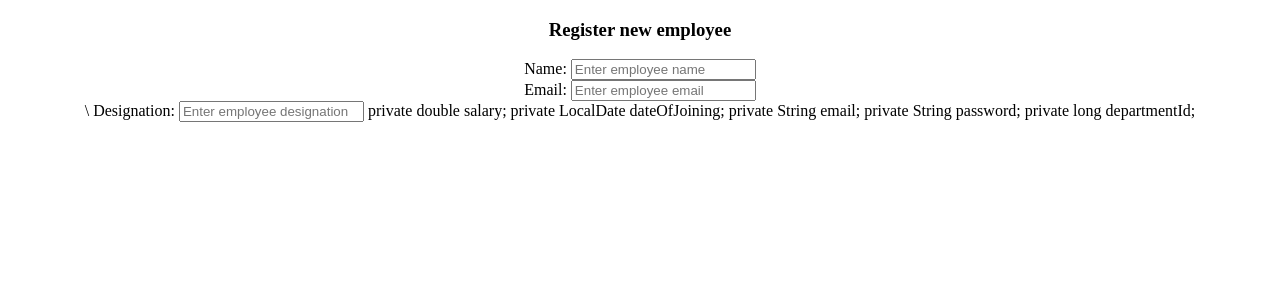
Repository: ArmanAli-cmd/EmployeeProjectDepartmentApplication
Page: http://localhost/EmployeeProjectDepartmentMVCApplication/views/employee-signup.jsp
These files come from the project's save history. The page is drawn as it stood at one moment and after the next save; the edit follows.
The browser window is 1280 px wide. The pictures show the whole page.
The page is served by Tomcat 9.

Above is the page before, as saved 2024-01-17 10:22:57.

After the next save:
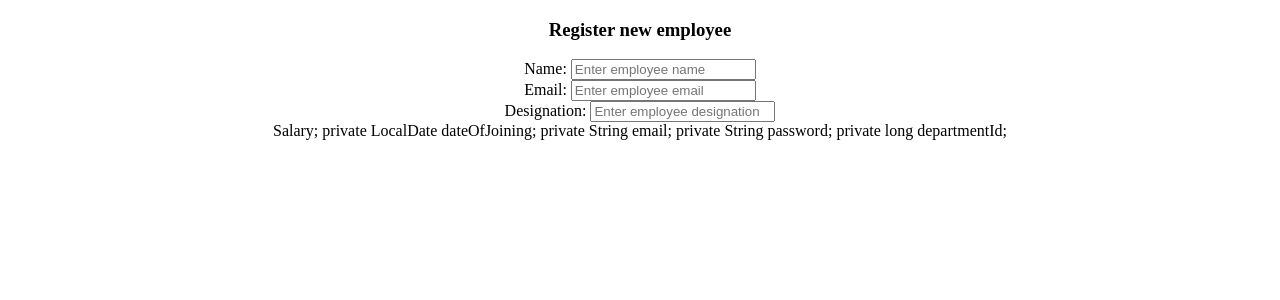
Saved 14 s later.
--- a/EmployeeProjectDepartmentMVCApplication/src/main/webapp/views/employee-signup.jsp
+++ b/EmployeeProjectDepartmentMVCApplication/src/main/webapp/views/employee-signup.jsp
@@ -10,9 +10,9 @@
 <h3>Register new employee</h3>
 <form action="/employees/add" method="post">
 Name: <input type="text" name="name" placeholder="Enter employee name" required><br>
-Email: <input type="text" name="email" placeholder="Enter employee email" required><br>\
-Designation: <input type="text" name="designation" placeholder="Enter employee designation" required>
-	private double salary;
+Email: <input type="text" name="email" placeholder="Enter employee email" required><br>
+Designation: <input type="text" name="designation" placeholder="Enter employee designation" required><br>
+Salary;
 	private LocalDate dateOfJoining;
 	private String email;
 	private String password;
